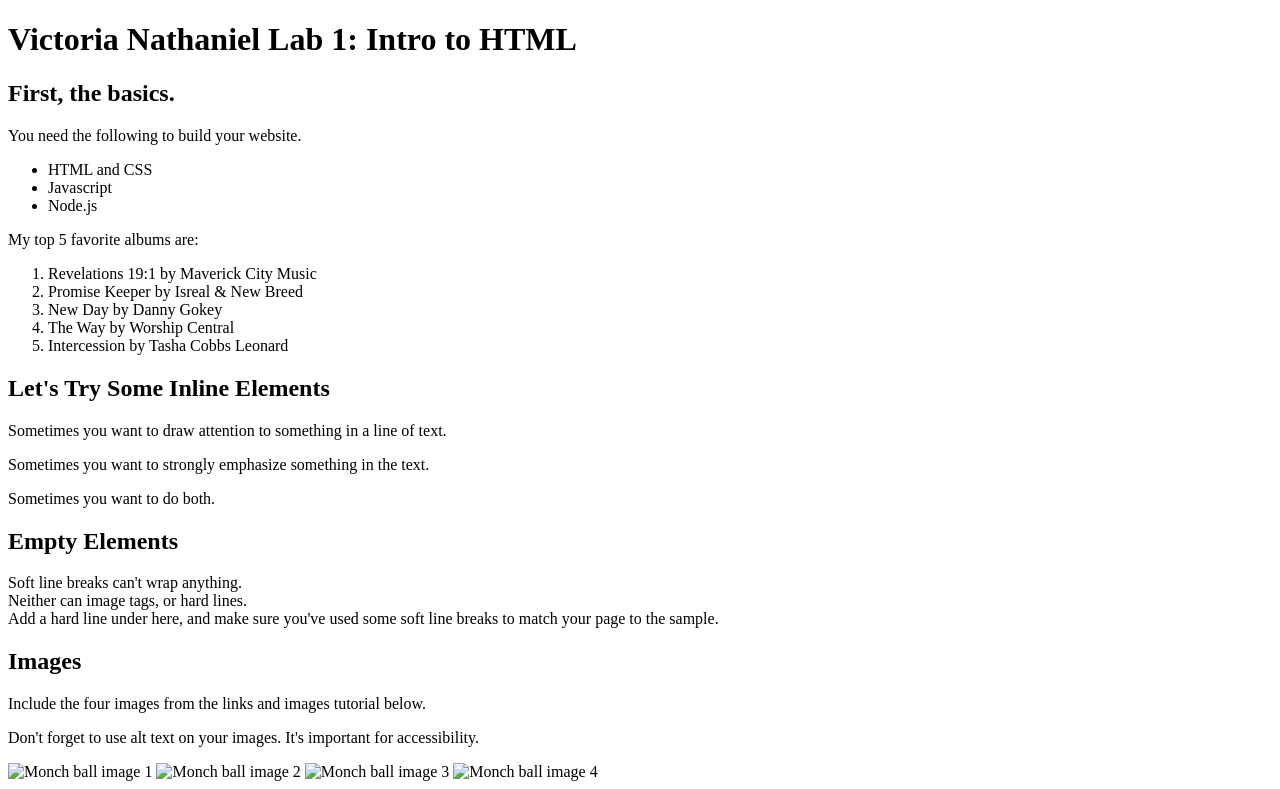
Repository: vnath22/INST377-Lab-Work
Page: client/lab_1/index.html
These files come from the project's save history. The page is drawn as it stood at one moment and after the next save; the edit follows.
The browser window is 1280 px wide. The pictures show the whole page.

Above is the page before, as saved 2022-01-28 12:17:07.
Not found: client/lab_1/mochi.gif
Not found: client/lab_1/mochi.jpg
Not found: client/lab_1/mochi.png

### client/lab_1/index.html
<!DOCTYPE html>
<html lang="en">
<head>
    <meta charset="UTF-8">
    <meta http-equiv="X-UA-Compatible" content="IE=edge">
    <meta name="viewport" content="width=device-width, initial-scale=1.0">
    <title>Victoria's lab 1</title>
</head>
<body>
    <h1> Victoria Nathaniel Lab 1: Intro to HTML</h1>

    <h2>First, the basics.</h2>

    <p>You need the following to build your website.</p>

    <ul>
        <li>HTML and CSS</li>
        <li>Javascript</li>
        <li>Node.js</li>
    </ul>

    <p>My top 5 favorite albums are: </p>

    <ol>

        <li>Revelations 19:1 by Maverick City Music</li>
        <li>Promise Keeper by Isreal & New Breed</li>
        <li>New Day by Danny Gokey</li>
        <li>The Way by Worship Central</li>
        <li>Intercession by Tasha Cobbs Leonard</li>
    </ol>

    <h2>Let's Try Some Inline Elements</h2>

    <p>Sometimes you want to draw attention to something in a line of text.</p>

    <p>Sometimes you want to strongly emphasize something in the text.</p>

    <p>Sometimes you want to do both.</p>

    <h2>Empty Elements</h2>

    <p>Soft line breaks can't wrap anything.<br/> Neither can image tags, or hard lines.<br/>
    Add a hard line under here, and make sure you've used some soft line breaks to match your page to the sample.</p>

    <h2>Images</h2>

    <p>Include the four images from the links and images tutorial below.</p>

    <p>Don't forget to use alt text on your images. It's important for accessibility.</p>

        <img src='mochi.gif' alt='Monch ball image 1'/>
        <img src='mochi.jpg' alt='Monch ball image 2'/>
        <img src='mochi.png' alt='Monch ball image 3'/>
        <img src='mochi.svg' alt='Monch ball image 4'/>

    <a href='https://github.com/vnath22/INST377-Lab-Work'>
</body>
</html>

After the next save:
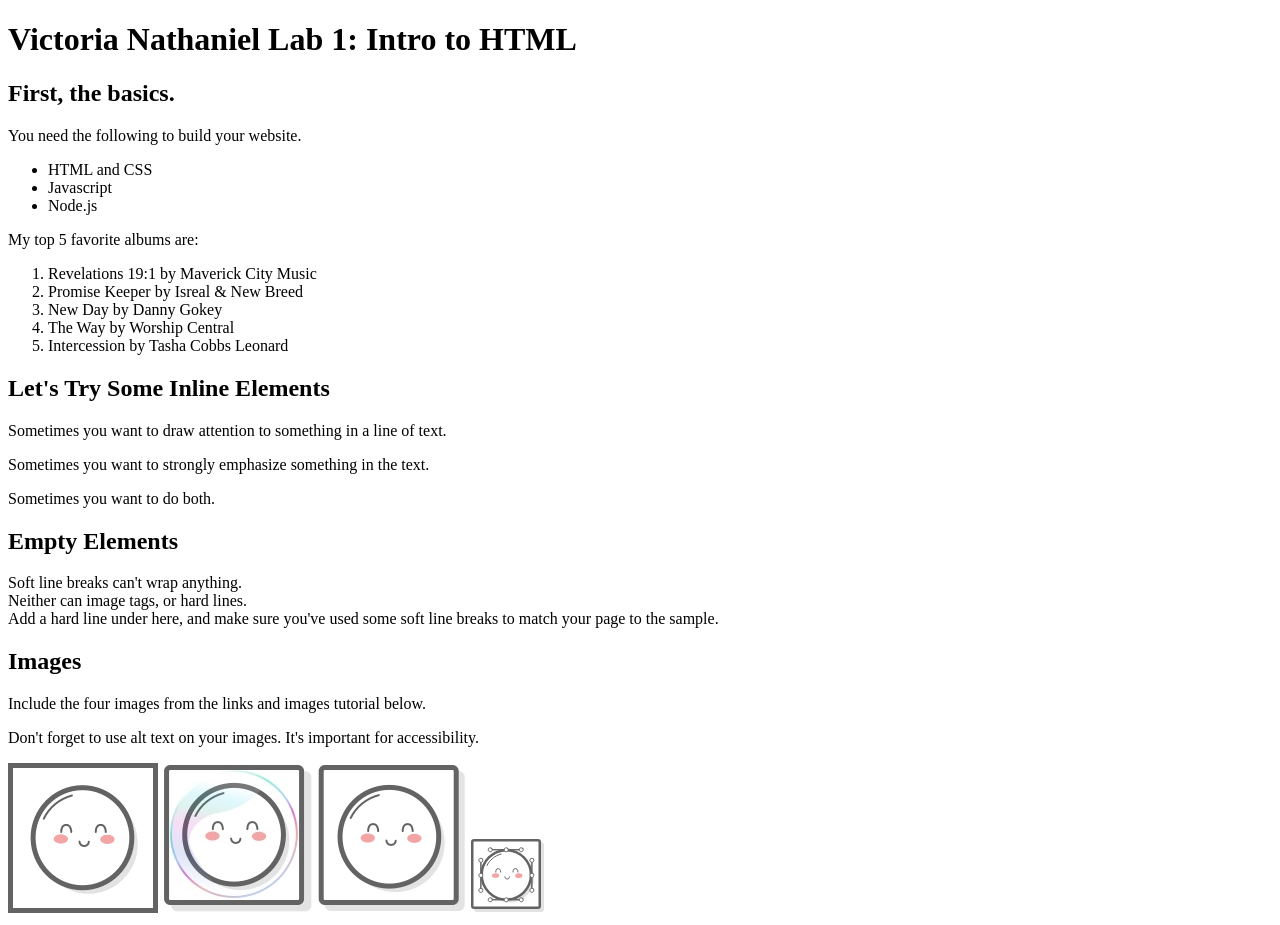
Saved 3 min 52 s later.
--- a/client/lab_1/index.html
+++ b/client/lab_1/index.html
@@ -49,10 +49,10 @@
 
     <p>Don't forget to use alt text on your images. It's important for accessibility.</p>
 
-        <img src='mochi.gif' alt='Monch ball image 1'/>
-        <img src='mochi.jpg' alt='Monch ball image 2'/>
-        <img src='mochi.png' alt='Monch ball image 3'/>
-        <img src='mochi.svg' alt='Monch ball image 4'/>
+        <img src= 'images/mochi.gif' alt='Monch ball image 1'/>
+        <img src='images/mochi.jpg' alt='Monch ball image 2'/>
+        <img src='images/mochi.png' alt='Monch ball image 3'/>
+        <img src='images/mochi.svg' alt='Monch ball image 4'/>
 
     <a href='https://github.com/vnath22/INST377-Lab-Work'>
 </body>
